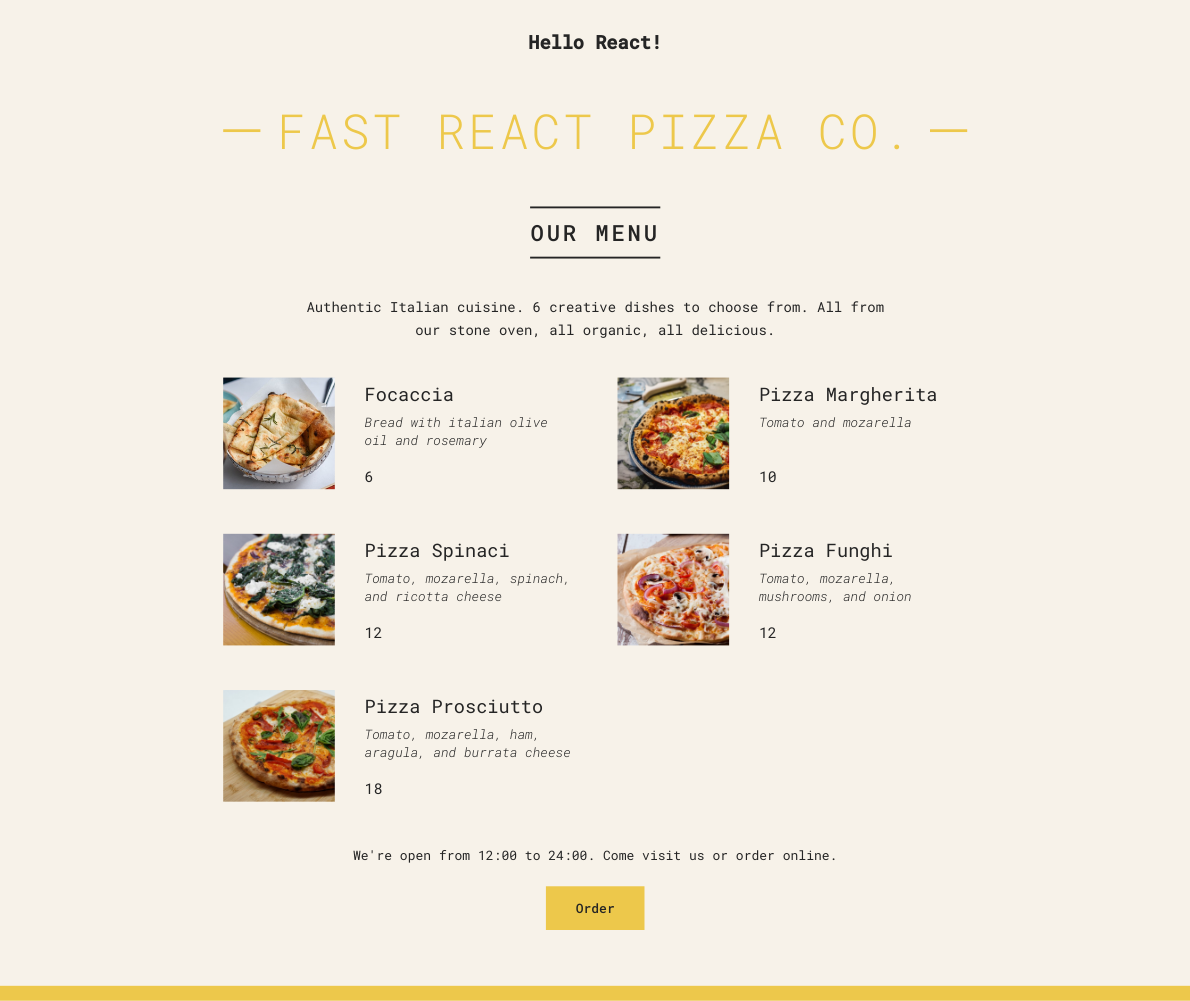
Repository: Alphosmart/03_pizza-menu
Page: /
The author's editor kept a copy of each file at every save. The page is drawn from the files as they stood at one save, then again after the next save.
The browser window is 1280 px wide. The pictures show the whole page, at 93% of full size.
The project was rebuilt for these pictures with package versions that can differ from the ones it lists, and the page was loaded fresh each time.

Above is the page before, as saved 2024-06-18 00:42:58.

### src/index.js
import React from "react";
import ReactDOM from "react-dom/client";
import "./index.css";
const pizzaData = [
  {
    name: "Focaccia",
    ingredients: "Bread with italian olive oil and rosemary",
    price: 6,
    photoName: "pizzas/focaccia.jpg",
    soldOut: false,
  },
  {
    name: "Pizza Margherita",
    ingredients: "Tomato and mozarella",
    price: 10,
    photoName: "pizzas/margherita.jpg",
    soldOut: false,
  },
  {
    name: "Pizza Spinaci",
    ingredients: "Tomato, mozarella, spinach, and ricotta cheese",
    price: 12,
    photoName: "pizzas/spinaci.jpg",
    soldOut: false,
  },
  {
    name: "Pizza Funghi",
    ingredients: "Tomato, mozarella, mushrooms, and onion",
    price: 12,
    photoName: "pizzas/funghi.jpg",
    soldOut: false,
  },
  {
    name: "Pizza Salamino",
    ingredients: "Tomato, mozarella, and pepperoni",
    price: 15,
    photoName: "pizzas/salamino.jpg",
    soldOut: true,
  },
  {
    name: "Pizza Prosciutto",
    ingredients: "Tomato, mozarella, ham, aragula, and burrata cheese",
    price: 18,
    photoName: "pizzas/prosciutto.jpg",
    soldOut: false,
  },
];
function App() {
  return (
    <div className="container">
      <h1>Hello React!</h1>
      <Header />
      <Menu />
      <Footer />
    </div>
  );
}
function Header() {
  // const style = { color: "red", fontSize: "48px", textTransform: "Uppercase" };
  const style = {};
  return (
    <header className="header">
      <h1 style={style}>Fast React Pizza Co.</h1>
    </header>
  );
}
function Menu() {
  const pizzas = pizzaData;
  // const pizzas = [];
  const numPizzas = pizzas.length;
  return (
    <main className="menu">
      <h2>Our Menu</h2>

      {numPizzas > 0 ? (
        <>
          <p>
            Authentic Italian cuisine. 6 creative dishes to choose from. All
            from our stone oven, all organic, all delicious.
          </p>
          <ul className="pizzas">
            {pizzas.map((pizza) => (
              <Pizza pizzaObj={pizza} key={pizza.name} />
            ))}
          </ul>
        </>
      ) : (
        <p>We are still working on our menu. Please come back later</p>
      )}
      {/* <Pizza
        name="Pizza Spinaci"
        ingredients="Tomato, mozarella, spinach, and ricotta cheese"
        photoName="pizzas/spinaci.jpg"
        price={10}
      />
      <Pizza
        name="Pizza Funghi"
        ingredients="Tomato, mushrooms"
        price={12}
        photoName="pizzas/funghi.jpg"
      /> */}
    </main>
  );
}
function Pizza({ pizzaObj }) {
  console.log(pizzaObj);
  if (pizzaObj.soldOut) return null;
  return (
    <li className="pizza">
      <img src={pizzaObj.photoName} alt={pizzaObj.name} />
      <div>
        <h3>{pizzaObj.name}</h3>
        <p>{pizzaObj.ingredients}</p>
        <span>{pizzaObj.price}</span>
      </div>
    </li>
  );
}
function Footer() {
  const hour = new Date().getHours();
  const openHour = 12;
  const closeHour = 24;
  const isOpen = hour >= openHour && hour <= closeHour;
  console.log(isOpen);
  // if (hour >= openHour && hour <= closeHour) alert("We're currently open!");
  // else alert("Sorry We're closed!");
  // if (isOpen) return <p>Closed</p>;
  return (
    <footer className="footer">
      {isOpen ? (
        <Order closeHour={closeHour} openHour={openHour} />
      ) : (
        <p>
          We are happy to welcome you between {openHour}:00 and {closeHour}:00
        </p>
      )}
    </footer>
  );
  // return React.createElement("footer", null, "We're currently open!");
}
function Order({ closeHour, openHour }) {
  return (
    <div className="order">
      <p>
        We're open from {openHour}:00 to {closeHour}:00. Come visit us or order
        online.
      </p>
      <button className="btn">Order</button>
    </div>
  );
}
// React v18
const root = ReactDOM.createRoot(document.getElementById("root"));
root.render(
  <React.StrictMode>
    <App />
  </React.StrictMode>
); // or root.render<App />);
//React before v18
// React.render(<App />, document.getElementById("root"));

Loaded but not shown: public/index.html (common file); src/index.css (common file)

After the next save:
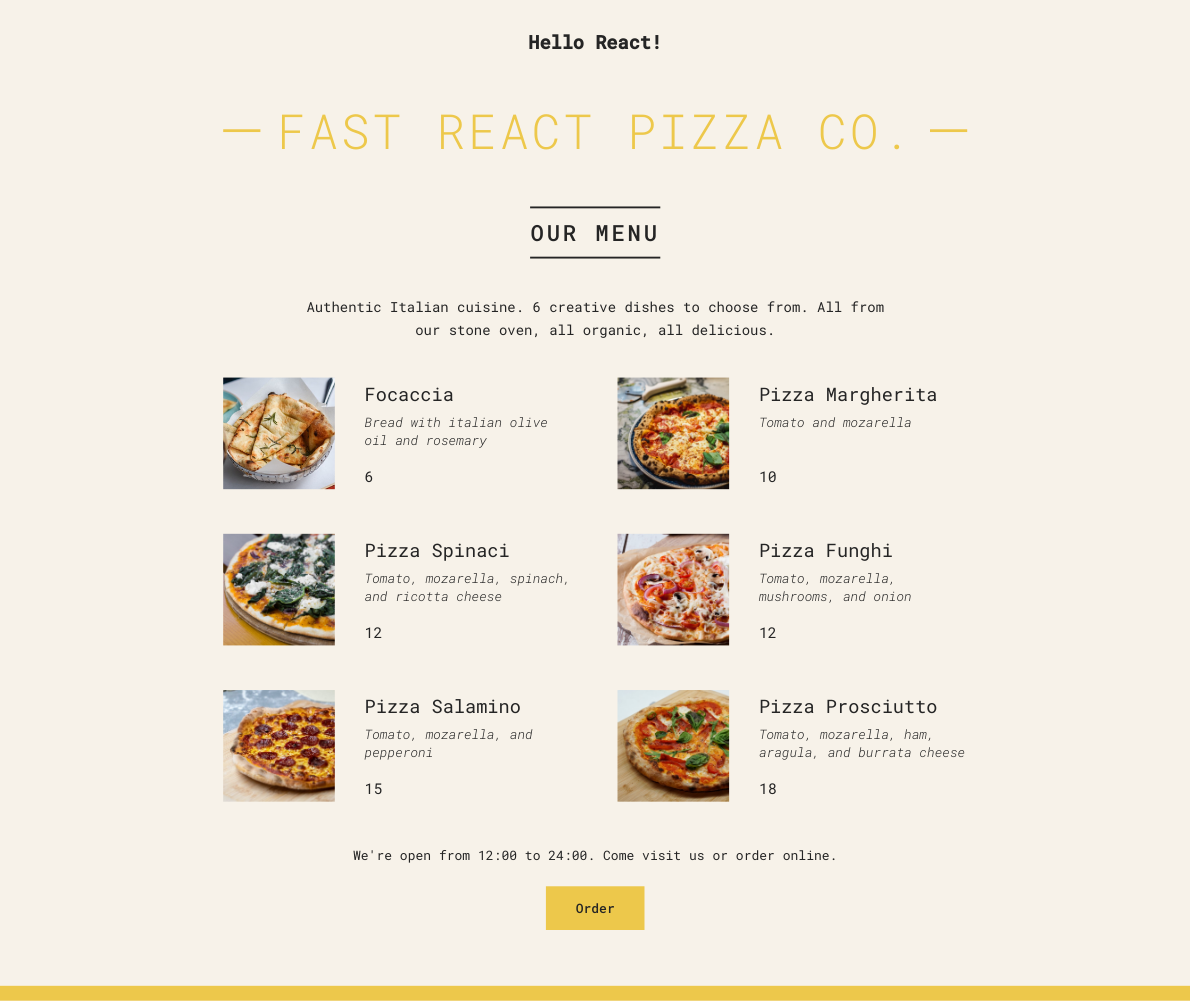
Saved 94 s later.
--- a/src/index.js
+++ b/src/index.js
@@ -104,7 +104,7 @@ function Menu() {
 }
 function Pizza({ pizzaObj }) {
   console.log(pizzaObj);
-  if (pizzaObj.soldOut) return null;
+  // if (pizzaObj.soldOut) return null;
   return (
     <li className="pizza">
       <img src={pizzaObj.photoName} alt={pizzaObj.name} />
